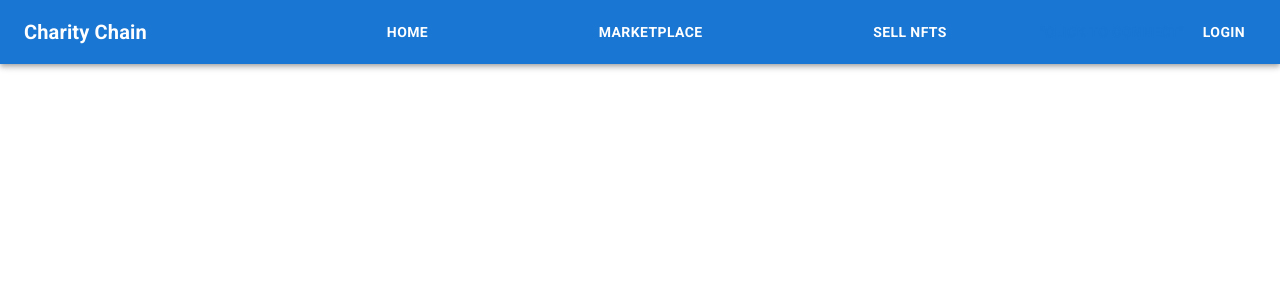
Repository: seanwjcho/charity-chain
Page: /
These files come from the project's save history. The page is drawn as it stood at one moment and after the next save; the edit follows.
The browser window is 1280 px wide. The pictures show the whole page.
The project was rebuilt for these pictures with package versions that can differ from the ones it lists, and the page was loaded fresh each time. Also part of the build but not shown: src/App.css, src/components/NFTTile.js, src/components/Profile.js, src/components/NFT.js, src/App.js.

Above is the page before, as saved 2023-05-14 15:30:20.

After the next save:
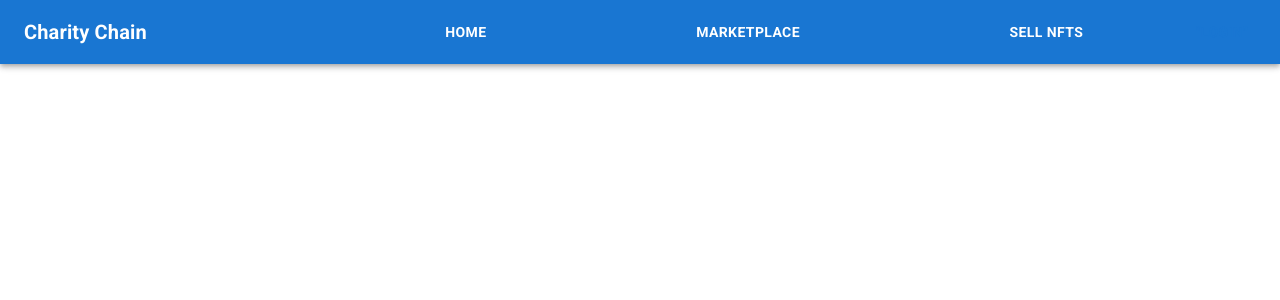
Saved 88 s later.
--- a/src/components/Navbar.js
+++ b/src/components/Navbar.js
@@ -74,10 +74,10 @@ function Navbar() {
                 </Typography>
                 </Box>
                 :
-                <Button onClick = {() => connectToMetamask()}>"Click To Connect" </Button>
+                <Button onClick = {() => connectToMetamask()}>"Login" </Button>
           }
 
-          <Button color="inherit">Login</Button>
+
         </Toolbar>
       </AppBar>
     </Box>
